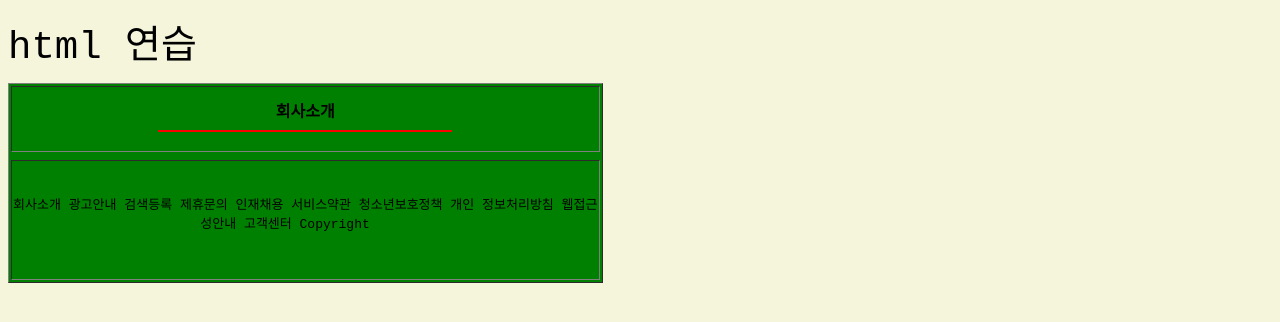
Repository: cleangggg/front
Page: html/ex08.html
An editor plug-in stored every save of this project. The page is shown before and after the next save, followed by the edit.
The browser window is 1280 px wide. The pictures show the whole page.

Above is the page before, as saved 2023-05-23 01:06:59.

### html/ex08.html
<!DOCTYPE html>
<html>
<head>
<meta charset="UTF-8">
<title>Insert title here</title>
</head>
<body bgcolor="beige">
	<pre>
<font size="7">html 연습</font>
</pre>
	<table border="1" height="200" width="500" bgcolor="green" >

		<th colspan="4">회사소개
		<hr width="50%" align="center" color="red">
		</th>
		<tr>

		</tr>
		<tr>

		</tr>
		<tr>

		</tr>
		<tr>
			<td>
			<pre>회사소개 광고안내 검색등록 제휴문의 인재채용 서비스약관 청소년보호정책 개인 정보처리방침 웹접근
			성안내 고객센터 Copyright
			</pre>
			</td>
		</tr>

	</table>


</body>
</html>

After the next save:
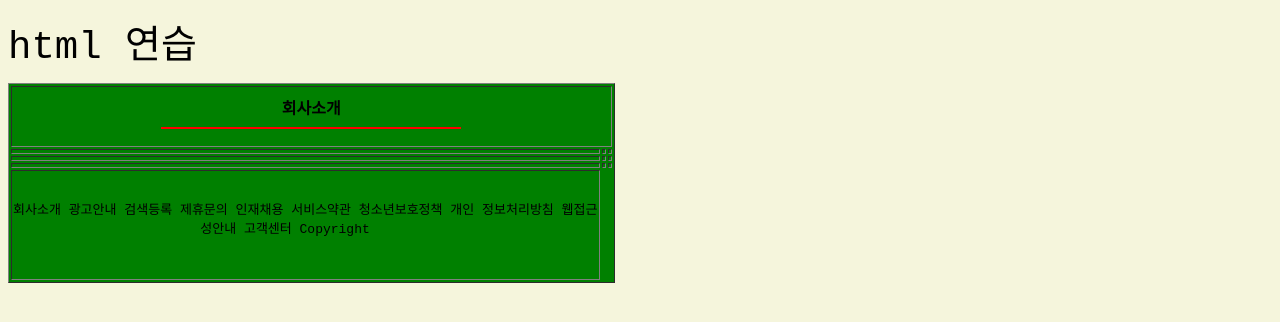
Saved 3 min 47 s later.
--- a/html/ex08.html
+++ b/html/ex08.html
@@ -14,13 +14,13 @@
 		<hr width="50%" align="center" color="red">
 		</th>
 		<tr>
-
+			<td></td><td></td><td></td>
 		</tr>
 		<tr>
-
+			<td></td><td></td><td></td>
 		</tr>
 		<tr>
-
+			<td></td><td></td><td></td>
 		</tr>
 		<tr>
 			<td>

After the save that followed:
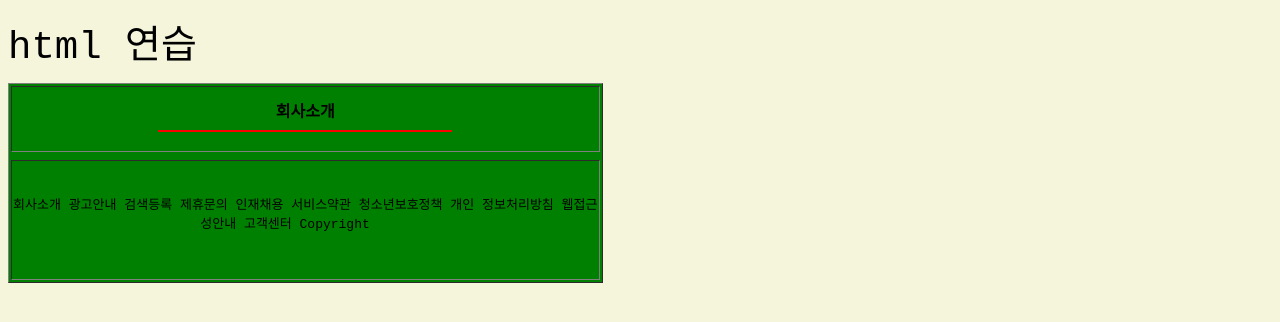
Saved 23 s later.
--- a/html/ex08.html
+++ b/html/ex08.html
@@ -14,13 +14,13 @@
 		<hr width="50%" align="center" color="red">
 		</th>
 		<tr>
-			<td></td><td></td><td></td>
+
 		</tr>
 		<tr>
-			<td></td><td></td><td></td>
+
 		</tr>
 		<tr>
-			<td></td><td></td><td></td>
+
 		</tr>
 		<tr>
 			<td>
